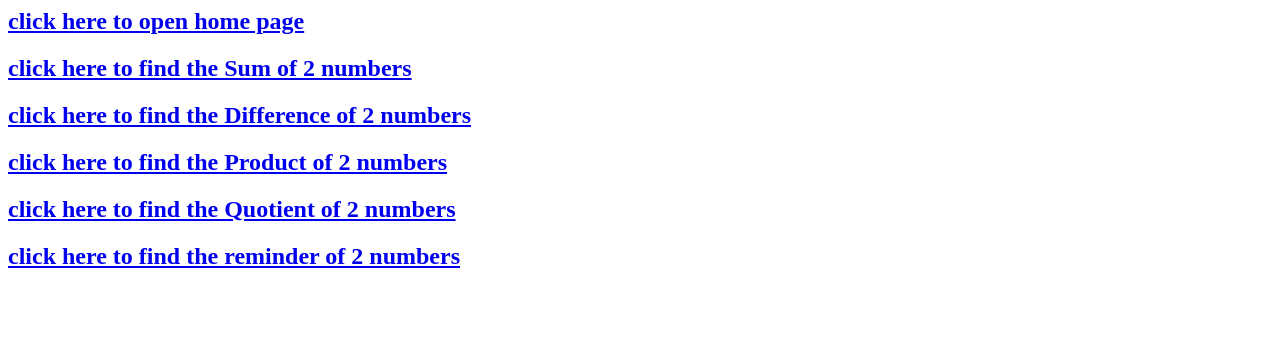
Repository: venkateshvenkeee/springprojects
Page: http://localhost/spring-mvc-demo/
The author's editor kept a copy of each file at every save. The page is drawn from the files as they stood at one save, then again after the next save.
The browser window is 1280 px wide. The pictures show the whole page.
The page is served by Tomcat 9.

Above is the page before, as saved 2024-04-15 09:40:13.

After the next save:
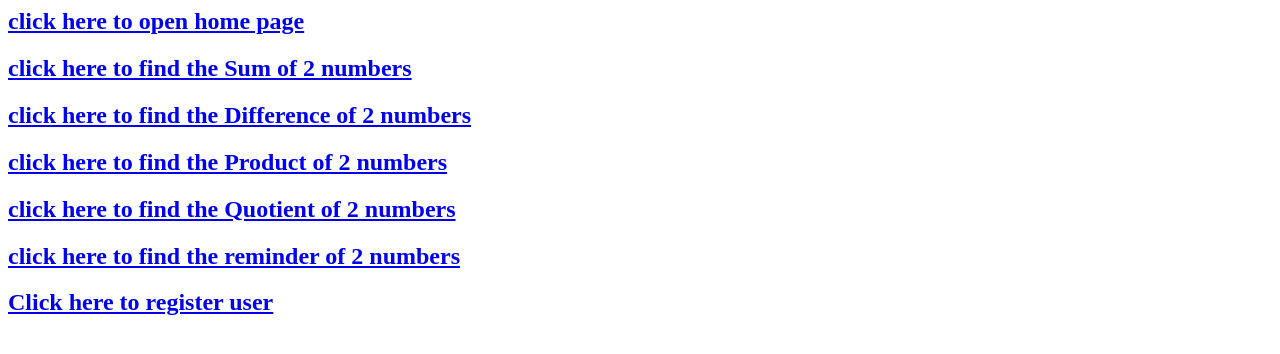
Saved 91 s later.
--- a/spring-mvc-demo/src/main/webapp/WEB-INF/views/index.jsp
+++ b/spring-mvc-demo/src/main/webapp/WEB-INF/views/index.jsp
@@ -18,5 +18,8 @@
 	<h2>
 		<a href="open-view?view=findReminder">click here to find the reminder of 2 numbers</a>
 	</h2>
+	<h2>
+	<a href="open-register">Click here to register user</a>
+	</h2>
 </body>
 </html>
